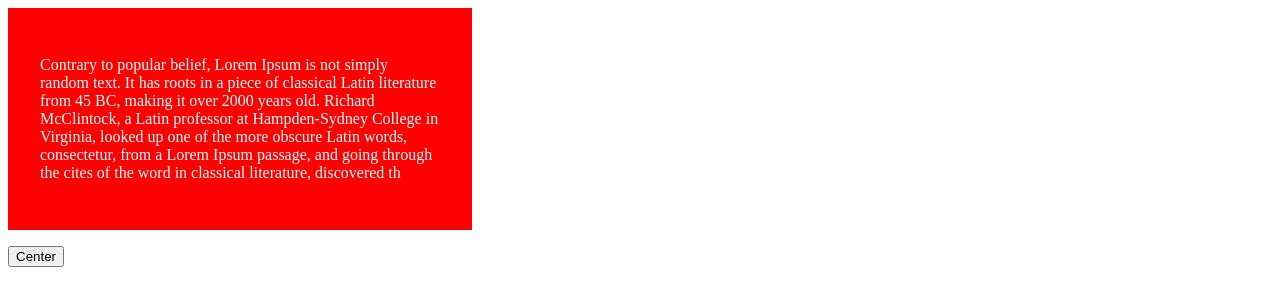
Repository: nema38/30DaysTrainning
Page: 30Days12/index.html
These files come from the project's save history. The page is drawn as it stood at one moment and after the next save; the edit follows.
The browser window is 1280 px wide. The pictures show the whole page.
After loading, the first visible `button` was clicked once.
Some web libraries are served in a nearby version.

Above is the page before, as saved 2014-04-17 20:08:12.

### 30Days12/index.html
<!DOCTYPE HTML>
<html>
	<head>
		<meta charset=utf-8>
		<title>Animate</title>
		<style>
			.box	{
				width: 400px;
				background: red;
				padding: 2em;
				position: relative;
				color: white;
			}
		</style>
	</head>
	<body>

		<div class="box">
			<p>
				Contrary to popular belief, Lorem Ipsum is not simply random text. It has roots in a piece of classical Latin literature from 45 BC, making it over 2000 years old. Richard McClintock, a Latin professor at Hampden-Sydney College in Virginia, looked up one of the more obscure Latin words, consectetur, from a Lorem Ipsum passage, and going through the cites of the word in classical literature, discovered th
			</p>

		</div>
		<p><button>Center</button></p>



		<script src="http://ajax.googleapis.com/ajax/libs/jquery/1.11.0/jquery.min.js"></script>

		<script>
		(function() {
			var box = $('div.box'),
				winWidth = $(window).width();
				console.log(winWidth);

			$('button').on('click', function() {
			//	box.animate( {
			//		'fontSize': '+=1',
			//		'width': '+=300'
			//	}, 3000, 'swing', function() {
			//		console.log('completed');
			//	});



			});
		})();

		</script>

	</body>
</html>

After the next save:
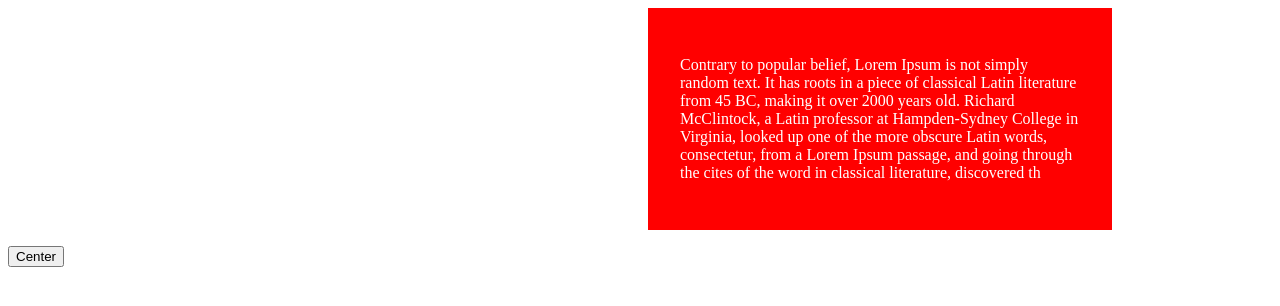
Saved 119 s later.
--- a/30Days12/index.html
+++ b/30Days12/index.html
@@ -30,10 +30,12 @@
 		<script>
 		(function() {
 			var box = $('div.box'),
-				winWidth = $(window).width();
+				winWidth = $(window).width() / 2;
 				console.log(winWidth);
 
 			$('button').on('click', function() {
+				box.css('left', winWidth);
+
 			//	box.animate( {
 			//		'fontSize': '+=1',
 			//		'width': '+=300'
